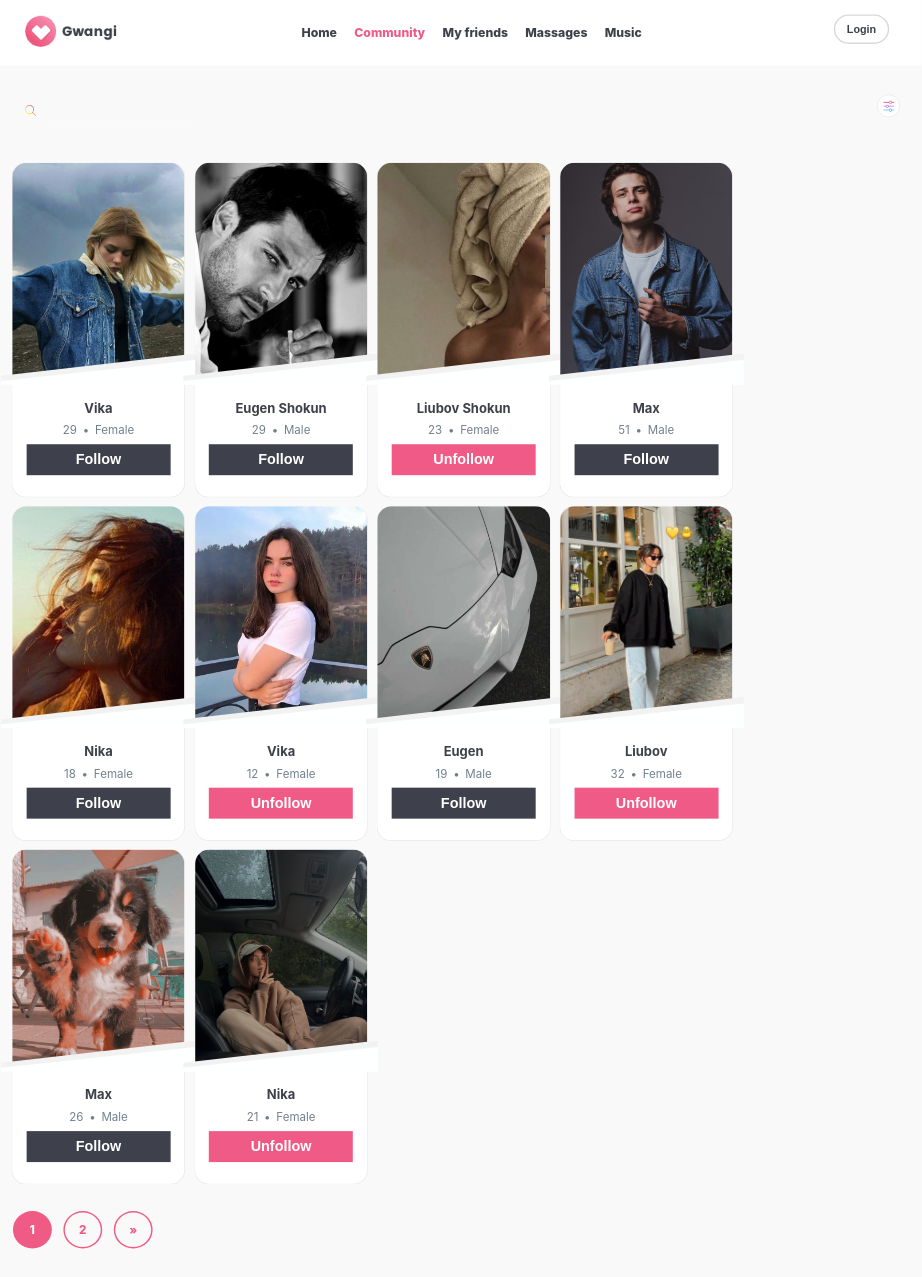
Repository: ShokunLiubov/Soc-Network-React
Page: /community
An editor plug-in stored every save of this project. The page is shown before and after the next save, followed by the edit.
The browser window is 1280 px wide. The pictures show the whole page, at 72% of full size.
The project was rebuilt for these pictures with package versions that can differ from the ones it lists, and the page was loaded fresh each time. Requests to the local data server were answered from the project's data file. Also part of the build but not shown: src/components/Auth/Registration/Registration.module.css, src/components/Auth/Registration/Registration.jsx, src/components/Dialogs/Dialogs.module.css, src/components/Dialogs/DialogItem/DialogItem.jsx, src/components/Dialogs/Massage/Massage.jsx, src/components/Dialogs/Dialogs.jsx, src/components/Home/Home.jsx, src/components/Music/Music.jsx and 9 more.

Above is the page before, as saved 2022-08-26 13:38:53.

### src/components/Community/CommunityContainer.jsx
import React from 'react';
import { connect } from 'react-redux'
import { follow, setUsers, unFollow, setPage, setUsersTotalCount, toggleFetching } from '../../redux/community-reducer';
import Community from './Community';
import Preloader from '../common/Preloader/Preloader';
import { usersAPI } from '../../api/api';

class CommunityContainer extends React.Component {

    componentDidMount() {
        this.props.toggleFetching(true)

        usersAPI.getUsers(this.props.currentPage, this.props.pageSize).then(data => {
                // console.log(response);
                this.props.toggleFetching(false)
                this.props.setUsers(data)
                this.props.setUsersTotalCount(20)

            })
    }

    onPageClick = (page) => {

        this.props.setPage(page)
        this.props.toggleFetching(true)
        usersAPI.getUsers(page, this.props.pageSize)
            .then(data => {
                this.props.toggleFetching(false)
                this.props.setUsers(data)
            })
    }

    render() {

        return (
            <>
                {this.props.isFetching ? <Preloader /> : null}
                <Community userData={this.props.userData}
                    follow={this.props.follow}
                    unFollow={this.props.unFollow}
                    totalUsersCount={this.props.totalUsersCount}
                    pageSize={this.props.pageSize}
                    currentPage={this.props.currentPage}
                    onPageClick={this.onPageClick}
                    isFetching={this.props.isFetching}
                />
            </>
        )
    }
}


let mapStateToProps = (state) => {
    return {
        userData: state.communityPage.userData,
        pageSize: state.communityPage.pageSize,
        totalUsersCount: state.communityPage.totalUsersCount,
        currentPage: state.communityPage.currentPage,
        isFetching: state.communityPage.isFetching
    }
}

export default connect(mapStateToProps,
    { follow, unFollow, setUsers, setPage, setUsersTotalCount, toggleFetching })(CommunityContainer)

### src/components/Dialogs/DialogsContainer.jsx
import React from 'react';
import { sandMassage, onMassageChange } from '../../redux/dialogs-reducer';
import Dialogs from './Dialogs';
import { connect } from 'react-redux'


let mapStateToProps = (state) => {
    return {
        dialogsData: state.dialogsPage.dialogsData,
        massagesData: state.dialogsPage.massagesData,
        newMassageText: state.dialogsPage.newMassageText
    }
}

const DialogsContainer = connect(mapStateToProps, { sandMassage, onMassageChange })(Dialogs)

export default DialogsContainer;

### src/components/Navbar/Navbar.jsx
import React from 'react';
import { NavLink } from 'react-router-dom';
import AuthorizationContainer from '../Auth/AuthorizationContainer';
import styles from './Navbar.module.css'

const Navbar = () => {
    return (
        <div className={styles.navbar}>
            {/* LOGO */}
            <div className={styles.logo}><img src='./../images/logotype.png' /></div>
             {/* LOGO */}

            {/* MENU */}
            <nav className={styles.menu}>
                <div className={styles.item}>
                    <NavLink to='/home' className={navData => navData.isActive ? styles.active : styles.item}>Home</NavLink>
                </div>
                <div className={styles.item}>
                    <NavLink to='/community' className={navData => navData.isActive ? styles.active : styles.item}>Community</NavLink>
                </div>
                <div className={styles.item}>
                    <NavLink to='/friends' className={navData => navData.isActive ? styles.active : styles.item}>My friends</NavLink>
                </div>
                <div to='/dialogs' className={styles.item}>
                    <NavLink to='/dialogs' className={navData => navData.isActive ? styles.active : styles.item}>Massages</NavLink>
                </div>
                <div className={styles.item}>
                    <NavLink to='/music' className={navData => navData.isActive ? styles.active : styles.item}>Music</NavLink>
                </div>
            </nav>
            {/* MENU */}

            {/* Authorization */}
            <AuthorizationContainer />
            {/* Authorization */}

        </div>
    )
}

export default Navbar;

### src/components/Community/Community.jsx
import React from 'react';
import Paginator from '../common/Paginator/Paginator';
import styles from './Community.module.css'
import Friend from './Friend/Friend';

const Community = (props) => {

    let usersElement = props.userData.map(
        user =>
            <Friend followed={user.followed} ava={user.ava} name={user.name}
                key={user.id} id={user.id} age={user.age} gender={user.gender}
                follow={props.follow} unFollow={props.unFollow} />
    )

    return (
        <div className={styles.container}>
            <div className={styles.topPanel}>
                <div className={styles.search}>
                    <span className={styles.searchButton}><img src="./../images/search.png" alt="" /></span>
                    <input className={styles.searchInput} />
                </div>

                {/* <button onClick={getUsers}>Get user</button> */}

                <span className={styles.filter}><img src="./../images/filter-icon.png" alt="" /></span>
            </div>

            <div className={styles.friends}>

                {usersElement}
            </div>

            <Paginator
            currentPage={props.currentPage}
            onPageChange={props.onPageClick}
            totalUsersCount={props.totalUsersCount}
            pageSize={props.pageSize}/>
        </div>
    )
}

export default Community;

### src/components/common/Preloader/Preloader.jsx
import React from 'react';

const Preloader = () => {
    return (
        <div style={{ justifyContent: "center", display: "flex", margin: "40px" }}>
            <img src='./../images/loading.gif' />
        </div>
    )
}

export default Preloader;

### src/api/api.js
import axios from 'axios';

const instance = axios.create({
    withCredentials: true,
    baseURL: 'http://localhost:3001/'
})

export const usersAPI = {
    getUsers(currentPage, pageSize) {
        return instance.get(`users?_page=${currentPage}&_limit=${pageSize}`).then(response => response.data)
    },
    getAuth() {
        return instance.get(auth/1).then(response => response.data.data)
    }
}

### src/components/Auth/AuthorizationContainer.jsx
import React from 'react';
import { connect } from 'react-redux'
import axios from 'axios';
import Authorization from './Authorization';
import { setAuthUserData } from '../../redux/auth-reducer';
import AuthProfile from './AuthProfile';

class AuthorizationContainer extends React.Component {

    componentDidMount() {
        axios.get(`http://localhost:3001/auth`, {
            withCredentials: true
        })
            .then(response => {
                console.log();
                if (response.data.resultCode === 0) {
                    let { id, email, login } = response.data[0].data
                    this.props.setAuthUserData(id, email, login)
                }
            })
    }

    render() {
        return (
            <>
                {this.props.isAuth &&
                    <AuthProfile {...this.props} />}
                {!this.props.isAuth &&
                    <Authorization {...this.props} />}
            </>

        )
    }
}

let mapStateToProps = (state) => {
    return {
        isAuth: state.auth.isAuth,
        login: state.auth.login,
        myUserProfile: state.auth.myUserProfile
    }
}

export default connect(mapStateToProps,
    { setAuthUserData })(AuthorizationContainer)

### src/components/Navbar/Navbar.module.css
.navbar {
    display: flex;
    justify-content: space-between;
    align-items: center;
    padding: 20px 35px;
    background-color: #ffffff;
}

.logo {
    cursor: pointer;
}

.menu {
    display: flex;
}

.item a {
    margin: 0 12px;
    font-size: 17px;
    color: #3e404a;
    font-weight: 800;
    cursor: pointer;
    text-decoration: none;
}

.item a.active {
    color: #ef5b86;
}

### src/components/Community/Community.module.css
.container {
    margin: 40px 10px;
}

.topPanel {
    display: flex;
    justify-content: space-between;
    margin-bottom: 40px;
}
/*  */
.search {
    display: flex;
    flex-direction: row;
    align-items: center;
    margin-left: 10px;
}

.search:hover {
border-bottom: 2px solid #f2f2f2;
}



.searchButton img {
    width: 25px;
    padding: 10px;
}

.searchInput {
    height: 20px;
    width: 200px;
    color: #72807B;
    font-weight: 800;
    font-size: 15px;
    background-color: #f9f9f9;
    border: none;
    outline:none;
}

.filter {
    border-radius: 50%;
    border: 1px solid #e8e8e9;
    max-width: 30px;
    max-height: 30px;
    display: flex;
    justify-content: center;
    text-align: center;
    align-items: center;
    background-color: #ffffff;
    margin-right: 20px;
}

.filter img{
    width: 15px;
    padding: 10px;
}


/*  */

.friends {
    display: flex;
    flex-wrap: wrap;
}

.friend {
    max-width: 19%;
    flex: 0 0 19%;
    margin: 6.1px;
    border: 1px solid #e8e8e9;
    background-color: #ffffff;
    border-top: none;
    border-radius: 20px;
    transition: all 0.5s ease-out;
}

.avatar {
    display: flex;
    flex-direction: column;
    justify-content: center;
    align-items: center;
    cursor: pointer;
    position: relative;
}

.decorationGrey {
    position: absolute;
    bottom: 25px;
    width: 0;
	height: 0;
    border-top: 31px solid transparent;
	border-right: 270px solid #f2f2f2;
	border-bottom: 9px solid #f2f2f2;
    transition: all 0.5s ease-out;
}

.decorationWhite {
    position: absolute;
    bottom: 22px;
    width: 0;
	height: 0;
	border-top: 29px solid transparent;
	border-right: 270px solid #feffff;
	border-bottom: 5px solid #feffff;
    transition: all 0.5s ease-out;
}

.friend:hover
.decorationGrey {
    border-top: 50px solid transparent;
    transition: all 0.5s ease-out;
    border-bottom: 20px solid #f2f2f2;
}

.friend:hover {
    transform: translateY(-5px);
    transition: all 0.5s ease-out;
}

.friend:hover
.decorationWhite {
    bottom: 15px;
    transition: all 0.5s ease-out;
    transform: rotate(1deg);
    border-top: 14px solid transparent;
    border-bottom: 37px solid #feffff;
}

.communityAva {
    width: 100%;
    height: 300px;
    border-radius: 20px 20px 0 0;
    object-fit: cover;
    margin-bottom: 30px;
}

.nickname {
    width: 100%;
    height: 100%;
    display: contents;
    color: #3e404a;
    font-size: 18px;
    font-weight: 700;
}

.personInfo {
    display: flex;
    margin: 0px 0px 10px;
    flex-direction: column;
    justify-content: center;
    text-align: center;
    align-items: center;
    width: 100%;
    color: #72808e;
}

.hang {
    display: flex;
    flex-direction: row;
    margin: 10px 0;
}

.age {
    margin-right: 8px;
}

.gender {
    margin-left: 8px;
}

.follow,
.unFollow {
    display: flex;
    justify-content: center;
    z-index: 20;
    margin-bottom: 10px;
}

.follow button {
    background-color: #3e404b;
}

.unFollow button,
.follow button:hover{
    background-color: #ef5b86;
}

.follow button,
.unFollow button {
    color: #ffff;
    font-size: 20px;
    font-weight: 800;
    cursor: pointer;
    padding: 10px 0;
    width: 200px;
    display: flex;
    justify-content: center;
}

### src/components/Community/Friend/Friend.jsx
import React from 'react';
import { NavLink } from 'react-router-dom';
import styles from './../Community.module.css'

const Friend = (props) => {
    return (
        <div className={styles.friend}>

            <NavLink to={'/profile/' + props.id} className={styles.avatar}>
                    <img className={styles.communityAva} src={props.ava != null ? props.ava : './../images/ava-woman.png'} />
                    <div className={styles.decorationGrey}></div>
                    <div className={styles.decorationWhite}></div>
            </NavLink>
            <div className={styles.personInfo} >
                <div className={styles.nickname}>{props.name}</div>
                <div className={styles.hang}>
                <div className={styles.age}>{props.age}</div>
                <div>•</div>
                <div className={styles.gender}>{props.gender}</div>
                </div>

                {props.followed
                    ? <div className={styles.unFollow}>
                        <button onClick={() => { props.unFollow(props.id) }}>Unfollow</button>
                    </div>
                    : <div className={styles.follow}>
                        <button onClick={() => { props.follow(props.id) }}>Follow</button>
                    </div>}
            </div>

        </div>
    )
}

export default Friend;

### src/components/Auth/Authorization.jsx
import React from 'react';
import { NavLink } from 'react-router-dom';
import styles from './Authorization.module.css'

const Authorization = (props) => {
    return(
            <NavLink to='/login' className={styles.login}>
                <button className='button'>Login</button>
        </NavLink>
    )
}

export default Authorization;

### src/components/common/Paginator/Paginator.module.css
.pageNavbar {
    margin-top: 30px;
    display: flex;
    justify-content: start;
    text-align: center;
    align-items: center;
}

.selectedPage,
.navigationButton {
    margin: 0 8px;
    cursor: pointer;
    border: 2px solid #ef5b85;
    padding: 14px 5px;
    border-radius: 100%;
    min-width: 40px;
    color: #ef5b85;
    font-weight: 800;
}

.selectedPageActive,
.navigationButton:hover,
.selectedPage:hover {
    color: #ffff;
    background-color: #ef5b85;
}

.navigationPreventNone,
.prevNone,
.currentNone {
    display: none;
}

### src/components/Auth/Authorization.module.css
.login {
    text-decoration: none;
}

.nickname {
    margin: 0 12px;
    font-size: 17px;
    color: #3e404a;
    font-weight: 800;
    cursor: pointer;
}

.myProfile {
    text-decoration: none;
    display: flex;
    flex-direction: row;
    align-items: center;
}

.ava {
    width: 50px;
    height: 50px;
    object-fit: cover;
    border-radius: 50%;
}

### src/components/Profile/Profile_body/MyPosts/Post/Post.module.css
.post {
    background-color: #ffffff;
    border: 1px solid #e8e8e9;
    border-radius: 10px;
    margin: 50px 0;
    position: relative;
    width: 70%;
    min-height: 100px;
}

.personInfo img {
    position: absolute;
    top: -20px;
    left: -20px;
    width: 80px;
    height: 80px;
    object-fit: cover;
    border-radius: 10px;
}

.personInfo {
    display: flex;
}

.postInfo {
    margin: 10px 80px;
}

.nickname {
    color: #3e404a;
    font-size: 18px;
    font-weight: 700;
}

.time {
    color: #9da6b0;
    font-size: 12px;
    font-weight: 600;
    margin-top: 5px;
}

.massage {
    color: #9ca6af;
    font-size: 15px;
    font-weight: 700;
    margin: 10px 80px;
}

.like {
    width: 100%;
    display: flex;
    justify-content: end;
}

button{
    background: none;
    border: none;
    display: flex;
    align-items: center;
    margin: 0 10px 10px;
}

.countLike {
    margin-left: 5px;
    color: #9da6b0;
    font-size: 12px;
    font-weight: 500;
}

### src/components/Auth/AuthProfile.jsx
import React from 'react';
import { NavLink } from 'react-router-dom';
import styles from './Authorization.module.css'

const AuthProfile = (props) => {

    return (
        <>
            <NavLink to='/profile' className={styles.myProfile}>
                <span className={styles.nickname}>{props.login}</span>
                {/* <img className={styles.ava} src={user.ava} alt="" /> */}
            </NavLink>
        </>
    )
}

export default AuthProfile;

Loaded but not shown: public/index.html (common file); src/reportWebVitals.js (common file); src/index.css (common file); src/App.css (common file); server/db.json (361 lines, source omitted); src/redux/community-reducer.js (81 lines, source omitted); src/redux/profile-reducer.js (57 lines, source omitted); src/redux/dialogs-reducer.js (48 lines, source omitted); src/App.js (38 lines, source omitted); src/index.js (27 lines, source omitted); src/redux/auth-reducer.js (25 lines, source omitted); src/redux/redux-store.js (18 lines, source omitted); src/components/common/Paginator/Paginator.jsx (107 lines, source omitted); src/components/Home/Home.module.css (no stored copy; drawn as an empty file); src/components/Music/Music.module.css (no stored copy; drawn as an empty file); src/components/Profile/Profile.module.css (no stored copy; drawn as an empty file)

After the next save:
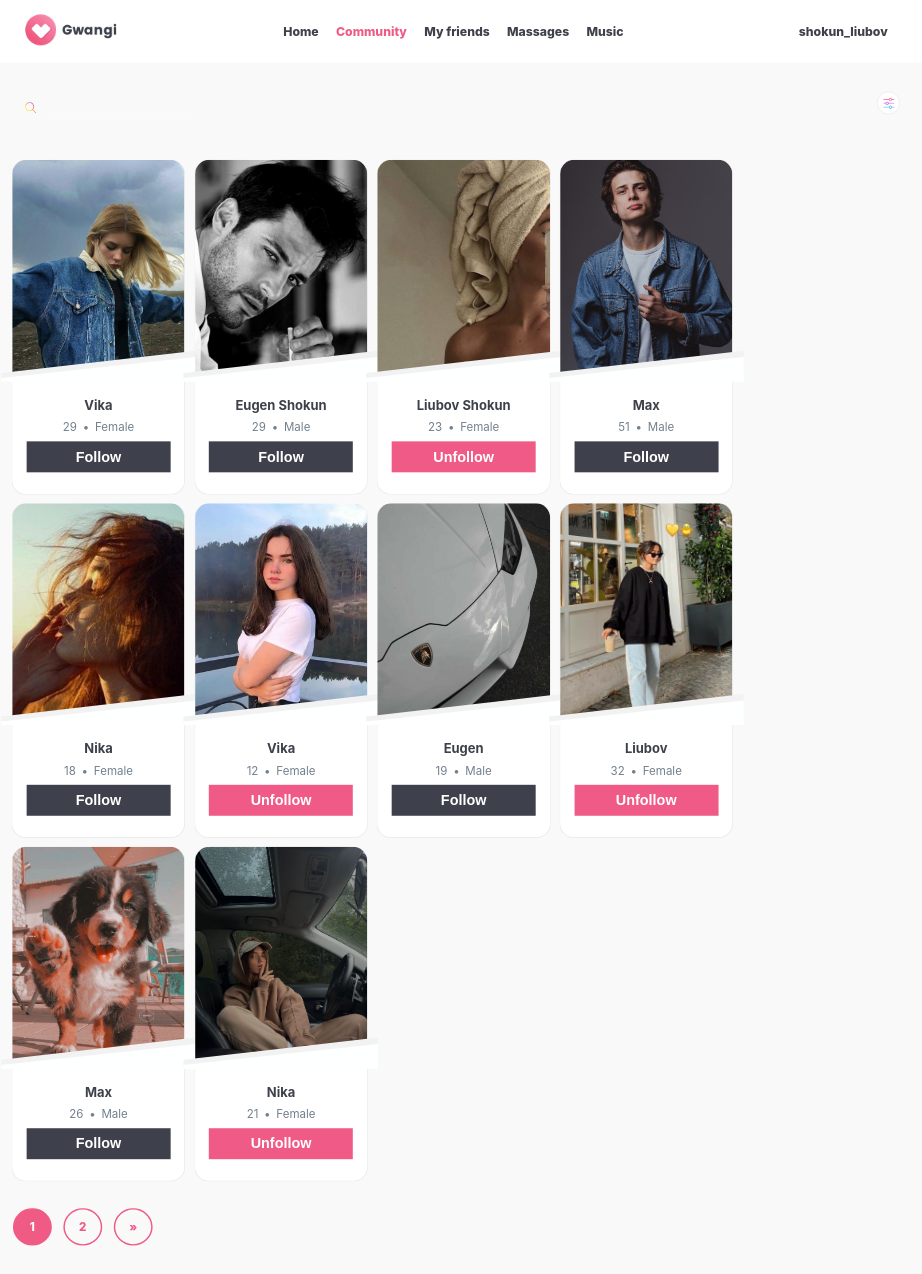
Saved 10 s later.
--- a/src/components/Auth/AuthorizationContainer.jsx
+++ b/src/components/Auth/AuthorizationContainer.jsx
@@ -13,7 +13,7 @@
         })
             .then(response => {
                 console.log();
-                if (response.data.resultCode === 0) {
+                if (response.data[0].resultCode === 0) {
                     let { id, email, login } = response.data[0].data
                     this.props.setAuthUserData(id, email, login)
                 }

After the 4 saves that followed:
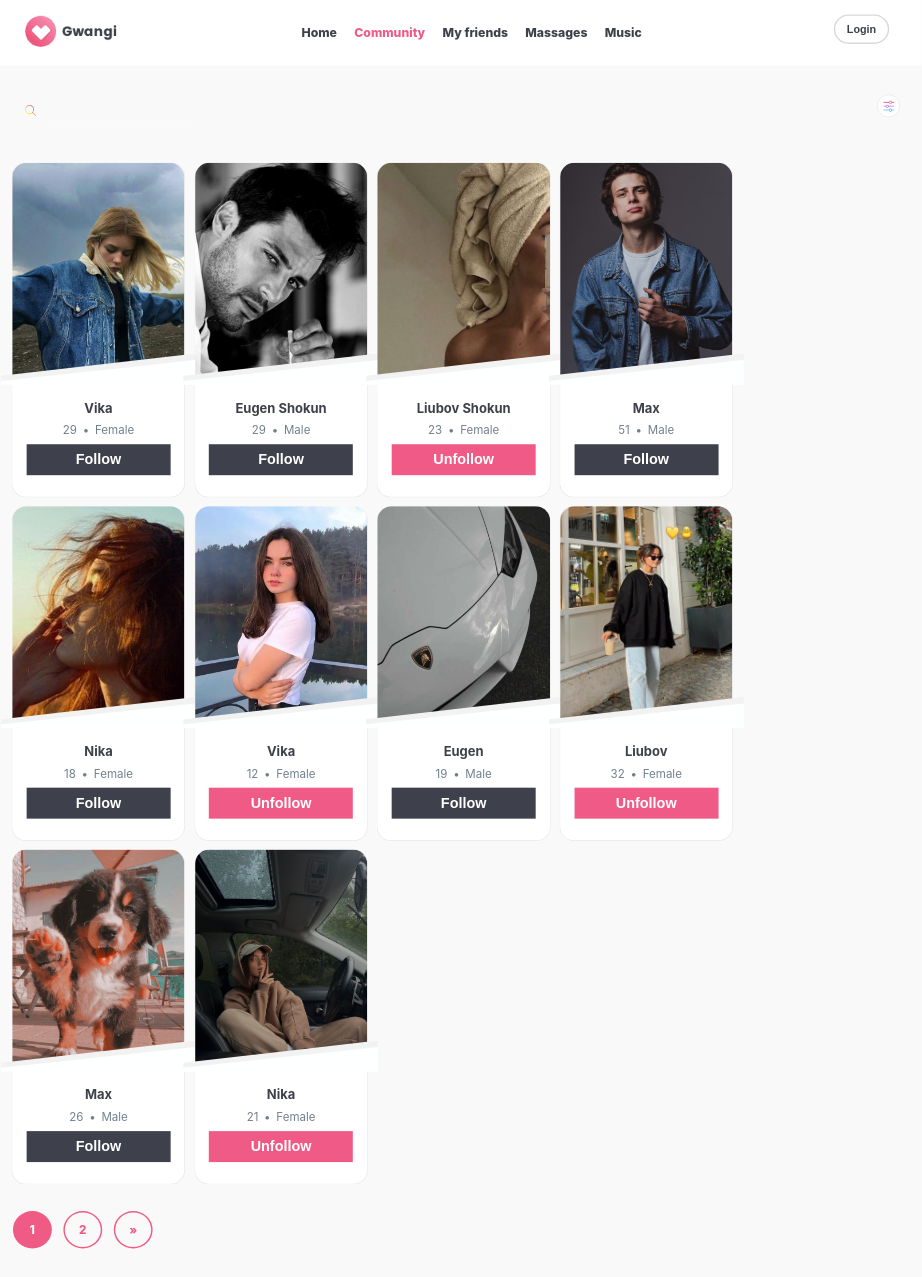
The 4 saves are shown as one change because 1 did not build or start and 2 left the picture as it was.
The last was saved 3 min 10 s later.
--- a/src/api/api.js
+++ b/src/api/api.js
@@ -10,6 +10,6 @@ export const usersAPI = {
         return instance.get(`users?_page=${currentPage}&_limit=${pageSize}`).then(response => response.data)
     },
     getAuth() {
-        return instance.get(auth/1).then(response => response.data.data)
+        return instance.get('auth').then(response => response.data)
     }
 }
--- a/src/components/Auth/AuthorizationContainer.jsx
+++ b/src/components/Auth/AuthorizationContainer.jsx
@@ -4,17 +4,15 @@
 import Authorization from './Authorization';
 import { setAuthUserData } from '../../redux/auth-reducer';
 import AuthProfile from './AuthProfile';
+import { usersAPI } from '../../api/api';
 
 class AuthorizationContainer extends React.Component {
 
     componentDidMount() {
-        axios.get(`http://localhost:3001/auth`, {
-            withCredentials: true
-        })
-            .then(response => {
+        usersAPI.getAuth().then(data => {
                 console.log();
-                if (response.data[0].resultCode === 0) {
-                    let { id, email, login } = response.data[0].data
+                if (data.resultCode === 0) {
+                    let { id, email, login } = data.data
                     this.props.setAuthUserData(id, email, login)
                 }
             })
